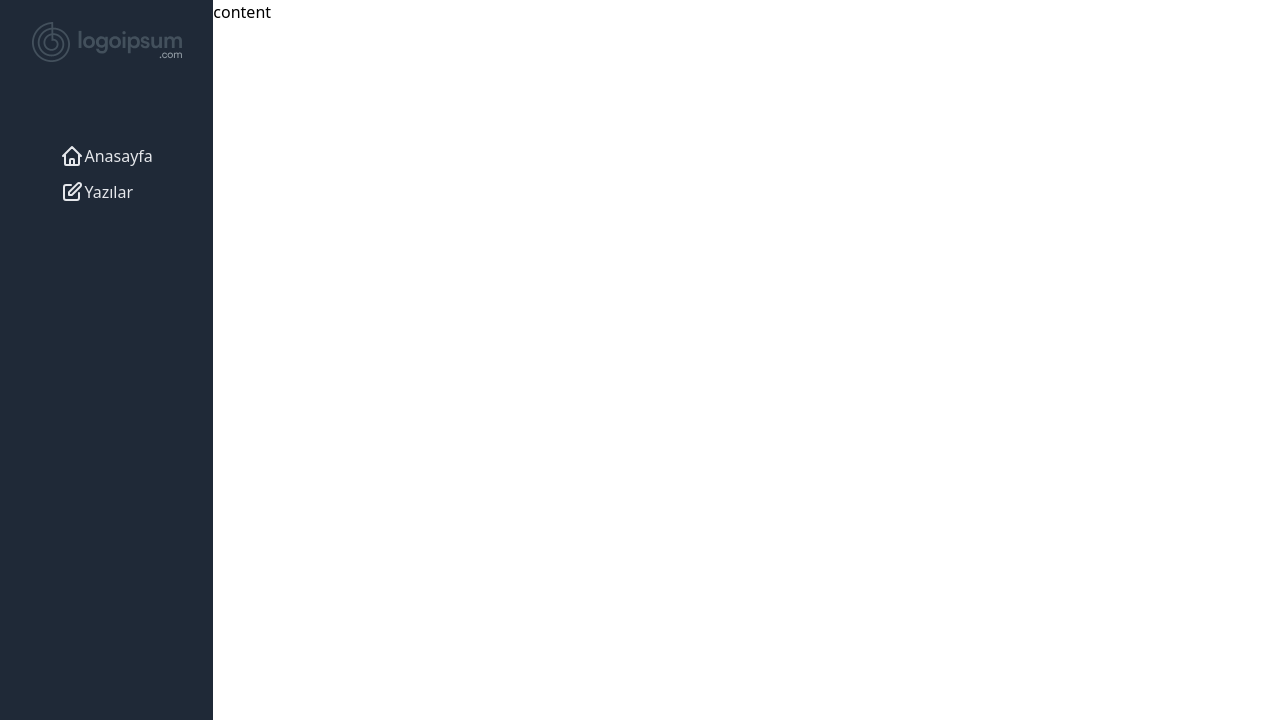
Repository: daskafa/Lavue-ui
Page: /admin
The author's editor kept a copy of each file at every save. The page is drawn from the files as they stood at one save, then again after the next save.
The browser window is 1280 px wide. The pictures show the whole page.
The project was rebuilt for these pictures with package versions that can differ from the ones it lists, and the page was loaded fresh each time. Also part of the build but not shown: src/views/Homepage.vue.

Above is the page before, as saved 2022-02-21 23:19:19.

After the next save:
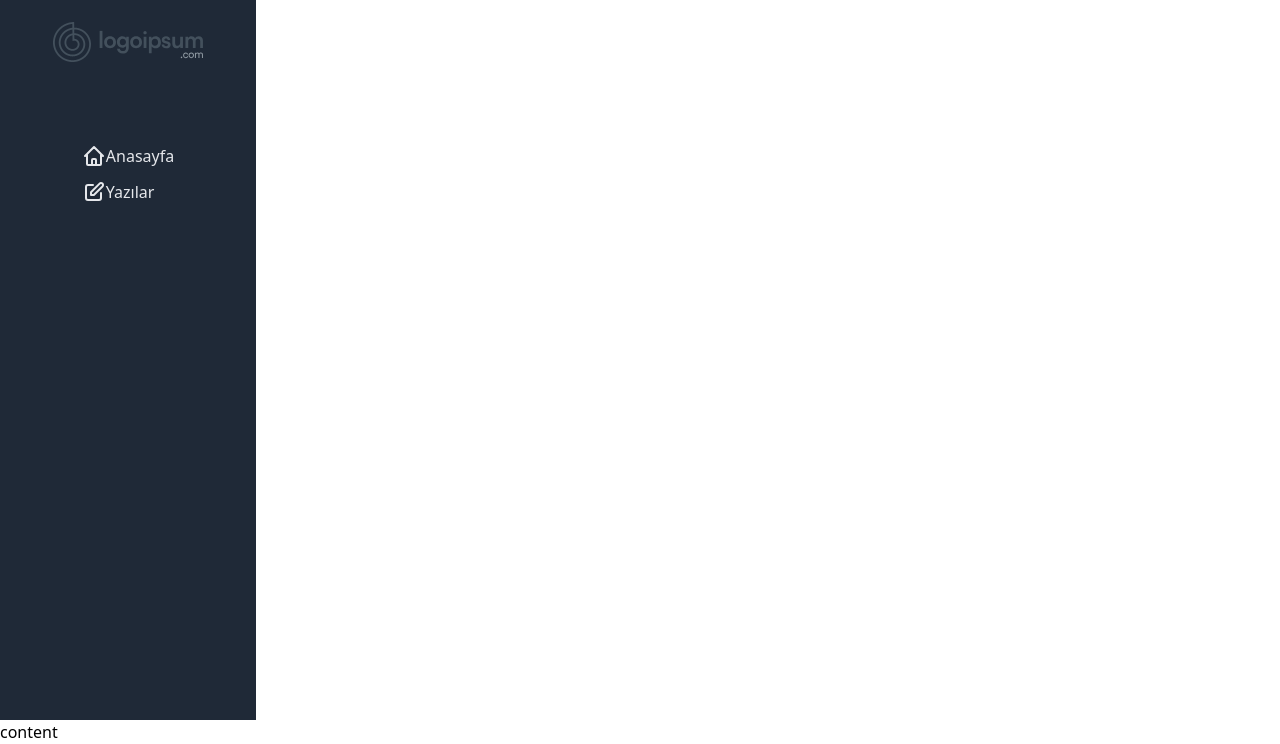
Saved 40 s later.
--- a/src/components/Sidebar.vue
+++ b/src/components/Sidebar.vue
@@ -1,5 +1,5 @@
 <template>
-<div class="grid grid-cols-12">
+<div class="grid grid-cols-10">
     <div class="col-span-2 h-screen bg-gray-800">
         <div class="mt-5">
             <Logo />
